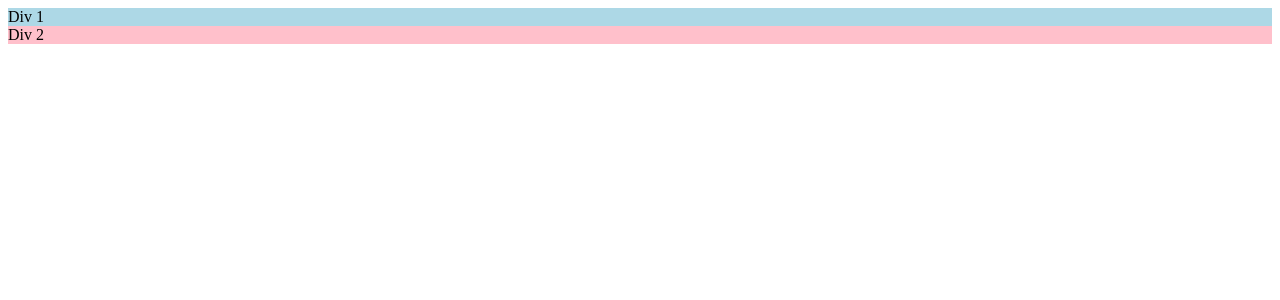
Repository: RagulRanjeeth/Frontend
Page: Exercises/Grids.html
An editor plug-in stored every save of this project. The page is shown before and after the next save, followed by the edit.
The browser window is 1280 px wide. The pictures show the whole page.

Above is the page before, as saved 2026-01-25 15:50:40.

### Exercises/Grids.html
<!DOCTYPE html>
<html>
    <head>
        <title>Grid Practice</title>
    </head>
    <body>
        <div style="
        display: grid;
        grid-templtae-columns: 100px;
        ">
            <div style="background-color: lightblue">Div 1</div>
            <div style="background-color: rgb(255, 192, 203)">Div 2</div>
        </div>
    </body>
</html>

After the next save:
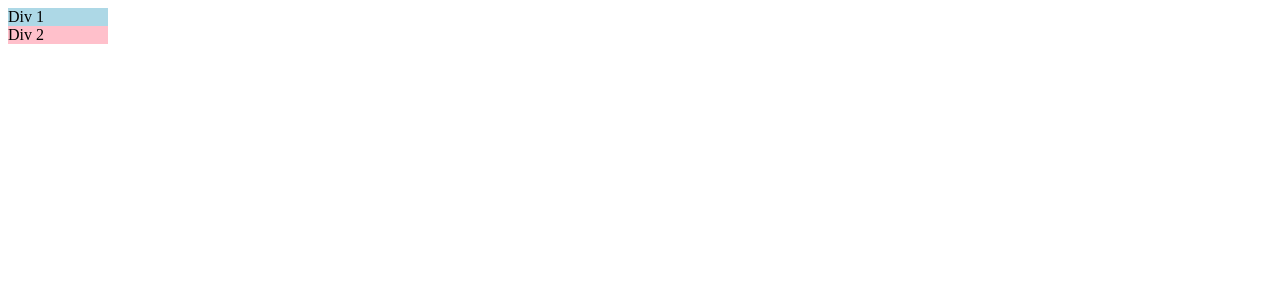
Saved 12 s later.
--- a/Exercises/Grids.html
+++ b/Exercises/Grids.html
@@ -6,7 +6,7 @@
     <body>
         <div style="
         display: grid;
-        grid-templtae-columns: 100px;
+        grid-template-columns: 100px;
         ">
             <div style="background-color: lightblue">Div 1</div>
             <div style="background-color: rgb(255, 192, 203)">Div 2</div>
